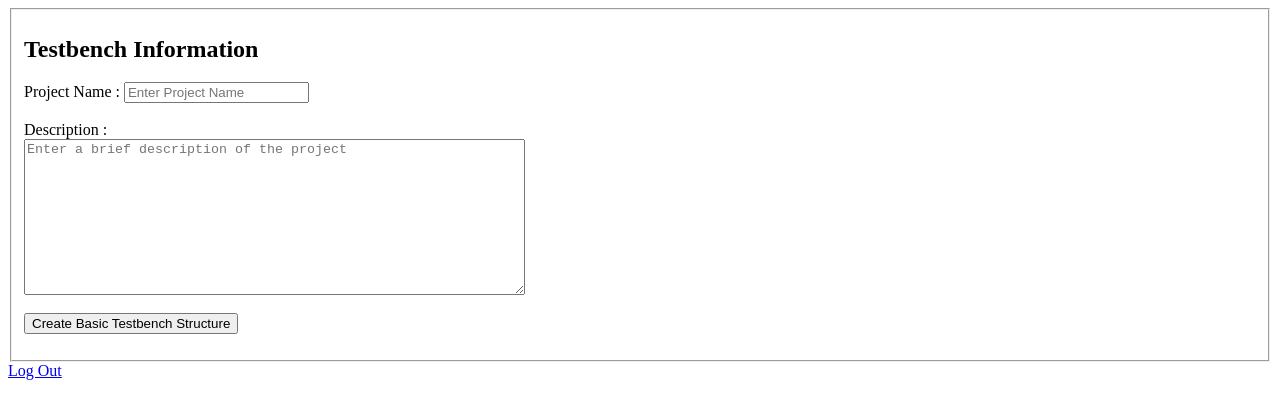
Repository: shakerin007/rtg_development
Page: done/new_TB.html
The author's editor kept a record of every edit. The page is drawn from the files as they stood at one moment, then again after the next edit.
The browser window is 1280 px wide. The pictures show the whole page.

Above is the page before.

After the next edit:
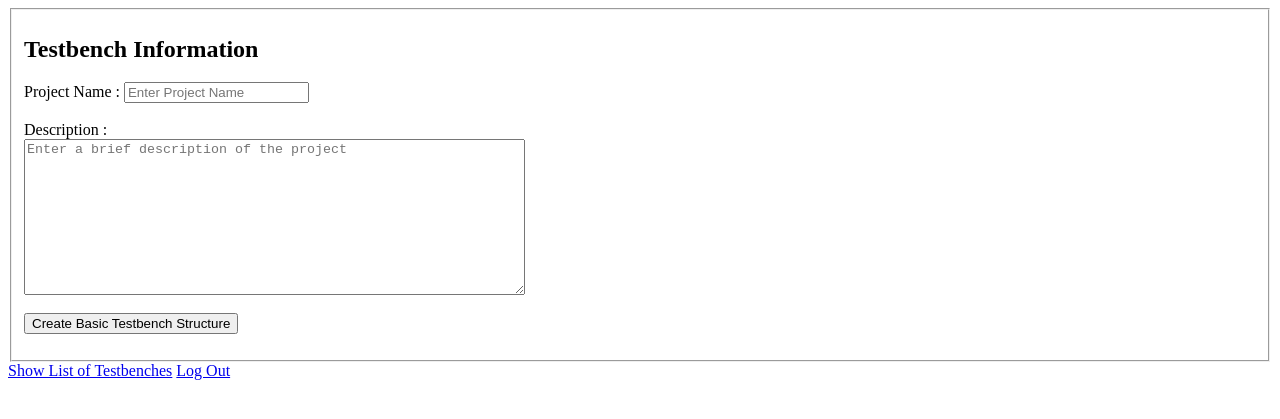
The edit:
--- a/done/new_TB.html
+++ b/done/new_TB.html
@@ -11,6 +11,8 @@
 				<input type="submit" name="create_tb" value="Create Basic Testbench Structure"></input>
 			</form>
 		</fieldset>
+		<a href='save_info.php'>Show List of Testbenches</a>
 		<a href='logout.php'>Log Out</a>
+
 	</body>
 </html>
